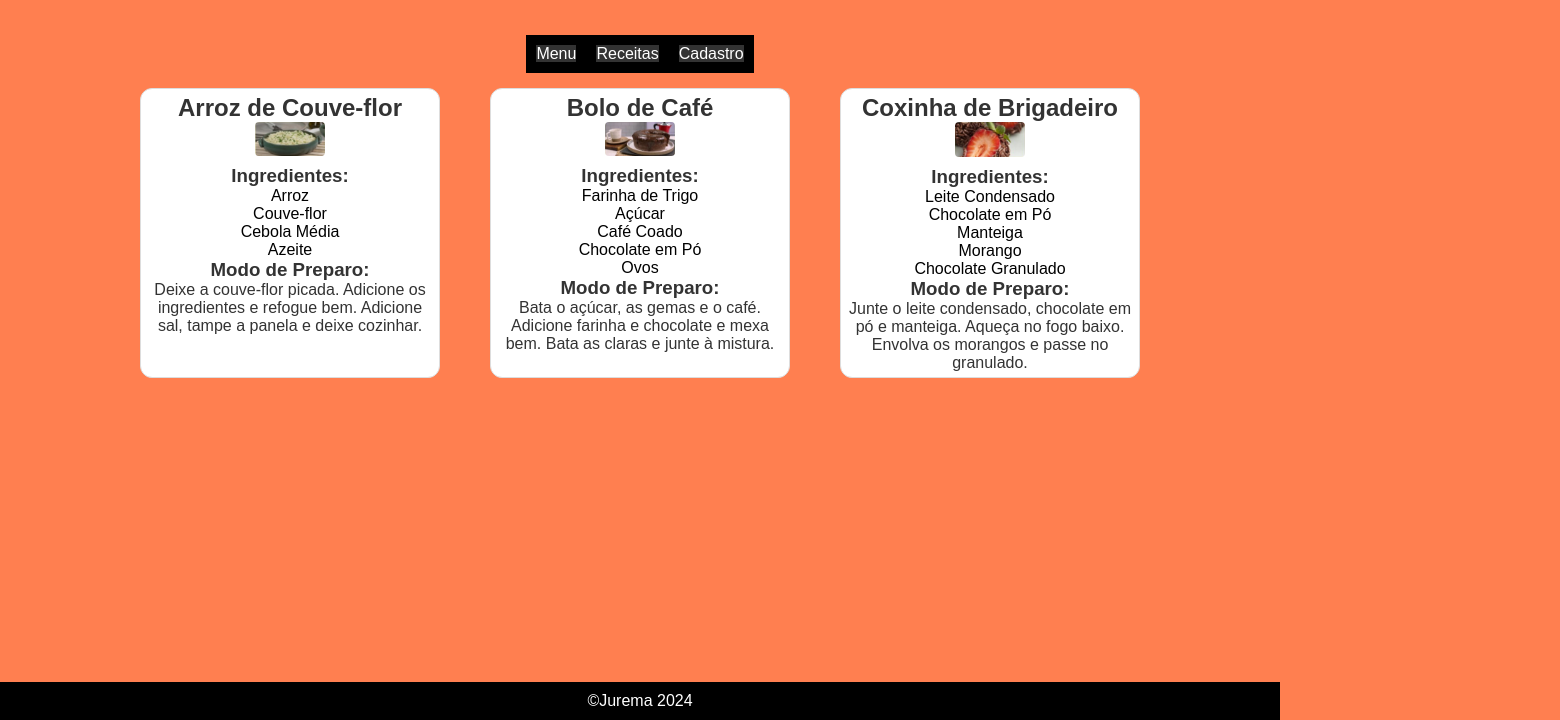
Repository: devropaes/RECEITAS
Page: OneDrive/Área de Trabalho/Estudos/Estácio/receitas/receitas.html
These files come from the project's save history. The page is drawn as it stood at one moment and after the next save; the edit follows.
The browser window is 1280 px wide. The page is 1280 px wide, then 1560 px, then 1280 px, so the pictures cover 1560 px, including what lies to the right of the window. The pictures show the whole page.

Above is the page before, as saved 2024-03-13 21:33:08.

### OneDrive/Área de Trabalho/Estudos/Estácio/receitas/receitas.html
<!DOCTYPE html>
<html lang="pt-br">
<head>
    <meta charset="UTF-8">
    <meta http-equiv="X-UA-Compatible" content="IE=edge">
    <meta name="viewport" content="width=device-width, initial-scale=1.0">
    <link rel="stylesheet" href="formatos.css">
    <link rel="stylesheet" href="receitas.css">
    <title>Receitas</title>
</head>
<body>
  <div class="page-container">
    <header>
        <nav>
            <div class="page-container"></div>
  <ul class="navlist">
      <li><a href="home.html">Menu</a></li>
      <li><a href="receitas.html">Receitas</a></li>
      <LI><a href="cadastro.html">Cadastro</a></LI>
 </ul>
        </nav>
    </header>

    <main>
        <section class="receitas-container">
            <!-- Receita 1 -->
            <div class="receita">
                <h2>Arroz de Couve-flor</h2>
                <img src="./assets/arroz.png" alt="Arroz de Couve-flor">
                <h3>Ingredientes:</h3>
                <ul>
                    <li>Arroz</li>
                    <li>Couve-flor</li>
                    <li>Cebola Média</li>
                    <li>Azeite</li>
                </ul>
                <h3>Modo de Preparo:</h3>
                <p>Deixe a couve-flor picada. Adicione os ingredientes e refogue bem. Adicione sal, tampe a panela e deixe cozinhar.</p>
            </div>

            <!-- Receita 2 -->
            <div class="receita">
                <h2>Bolo de Café</h2>
                <img src="./assets/bolo.png" alt="Bolo de Café">
                <h3>Ingredientes:</h3>
                <ul>
                    <li>Farinha de Trigo</li>
                    <li>Açúcar</li>
                    <li>Café Coado</li>
                    <li>Chocolate em Pó</li>
                    <li>Ovos</li>
                </ul>
                <h3>Modo de Preparo:</h3>
                <p>Bata o açúcar, as gemas e o café. Adicione farinha e chocolate e mexa bem. Bata as claras e junte à mistura.</p>
            </div>

            <!-- Receita 3 -->
            <div class="receita">
                <h2>Coxinha de Brigadeiro</h2>
                <img src="./assets/brigadeiro.png" alt="Coxinha de Brigadeiro">
                <h3>Ingredientes:</h3>
                <ul>
                    <li>Leite Condensado</li>
                    <li>Chocolate em Pó</li>
                    <li>Manteiga</li>
                    <li>Morango</li>
                    <li>Chocolate Granulado</li>
                </ul>
                <h3>Modo de Preparo:</h3>
                <p>Junte o leite condensado, chocolate em pó e manteiga. Aqueça no fogo baixo. Envolva os morangos e passe no granulado.</p>
            </div>
        </section>
    </main>


    <footer class="rodape">
      <p>&copy;Jurema 2024 </p>
 </footer>
</body>
</html>

### OneDrive/Área de Trabalho/Estudos/Estácio/receitas/formatos.css

img {
    width: 70px;
    background-color: #ff7f50;
}

img, h1 {
    display:inline-block
    background-color: #ff7f50;

}

img arroz-de-couve-flor,bolo-de-cafe,coxinha-de-brigadeiro {
    width: 300px;
}
navlist {
 display: flex;
 background-color: #ff7f50;
}
body {
    background-color:#ff7f50;
    font-family: Arial, Helvetica, sans-serif;
    font-size: 16px;
    text-decoration: none;


}
header {
    text-decoration: none;
}

.cabecalho{
    background-color: #ff7f50;
    font-family:"krona one",sans-serif ;
    font-weight: 600;
    color: #333;
    padding: 10px;
    text-decoration: none;
}

.cabecalho__menu {
    background-color: #ff7f50;
    font-family: "Krona One", sans-serif;
    font-weight: 600;
    display: flex;
    justify-content: left;
    color:#333;
    text-decoration: none;

}


.cabecalho__menu__link {
    background-color: #ff7f50;
    font-family: "Krona One", sans-serif;
    font-weight: 600;
    color: #333;
    text-decoration: none;
    padding: 5px 10px;
    margin: 0 10px;
    pad: 50px;

}
.cabecalho__cadastro__link {
    background-color: #ff7f50;
    font-family: "Krona One", sans-serif;
    font-weight: 600;
    color: #333;
    text-decoration: none;
    padding: 5px 10px;
    margin: 0 10px;
    pad: 50px;
}


.apresentacao {
    font-family: "Krona One", sans-serif;
    font-weight: 600;
    background-color: #ff7f50;
    text-align: center;
    padding: 50px;
}

.apresentacao__conteudo {
    img: 33 x 32px;
    font-family: "Krona One", sans-serif;
    font-weight: 600;
    max-width: 600px;
    margin: 0 auto;
    pad: 60px;
}

.apresentacao__conteudo {
    font-family: "Krona One", sans-serif;
    font-weight: 600;
    color: #333;
    pad:62px;

}
.apresentacao__conteudo__titulo {
    justify-items:right;
    width: 60%;

}


.apresentacao__receitas__link {
    align-items: center;
    display:flex;
    gap: 16px;
    width: 50%;
    text-align: center;

}


.rodape {
    background-color: #000;
    color: #fff;
    text-align: center;
    padding: 2px;
    position: fixed;
    border-bottom: #fff;
    left: 0; /* Alteração aqui para fixar o rodapé no lado esquerdo */
    bottom: 0%;
    width: 100%;
    margin: 0%;
    max-width: 100%;

}

### OneDrive/Área de Trabalho/Estudos/Estácio/receitas/receitas.css
:root {
    --cor-primaria: #ff7f50;
    --cor-secundaria: #333;
    --cor-terciaria: #000;
    --cor-hover: #fff;
    --font-primaria: "Arial, Helvetica", sans-serif;
    --font-secundaria: "Krona-One", sans-serif;
}

* {
    margin: 0;
    padding: 0;
    box-sizing: border-box;
}

.apresentacao__receitas__link {
    display:contents;
    width: 100px;
    padding: 10px;
    align-items: center;
    justify-content: center:

}

body {
    background-color: var(--cor-primaria);
    font-family: var(--font-secundaria);
    font-size: 1em;
    font-weight: 400;
    text-align:center;
    margin: 5px;

}

/* Arquivo receitas.css - Formatação Específica para a Área de Receitas */

.page-container {
    display: flex;
    flex-direction: column;
    align-items: center;
    text-align: center;
    margin: 10px; /* Adicione margem ao redor da página */
}

nav ul {
    list-style: none;
    display:flex;
    justify-content: space-around;
    margin: 15px 0; /* Adicione margem ao redor do menu */
}

nav a {
    text-decoration: none;
    color: var(--cor-secundaria);
}
.navlist {
    background-color: var(--cor-terciaria);
    color: var(--cor-hover);
    list-style: none;
    padding: 0;
    display: flex;
    justify-content: space-around;
    max-width: 100%;
  }

  .navlist li {
    margin: 10px;
    max-width: 100%;
  }

  .navlist a {
    text-decoration: none;
    color: var(--cor-hover);
    background-color: var(--cor-secundaria);
    border-color: var(--cor-secundaria);
  }

  .navlist a:hover {
    color: var(--cor-terciaria);
  }

.receitas-container {
    display: flex;
    flex-wrap: wrap;
    gap: 50px;
    justify-content:space-around;
}

.receita {
    background-color:var(--cor-hover);
    padding: 5px;
    border: 1px solid #ddd;
    border-radius: 12px;
    width: 300px;
}

.receita img {
    max-width: 100%;
    height: auto;
    border-radius: 4px;
    margin-bottom: 5px;
}

.receita h2 {
    color:var(--cor-secundaria);
}

.receita h3 {
    color:var(--cor-secundaria);
}

.receita ul {
    list-style: none;
    padding: 0;
}

.receita p {
    color:var(--cor-secundaria);
}



.rodape {
    background-color: var(--cor-terciaria);
    color: var(--cor-hover);
    text-align: center;
    padding: 10px;
    position: fixed;
    border-bottom: var(--cor-hover);
    left: 0;
    bottom: 0%;
    width: 100%;
    max-width: 100%;

}

After the next save:
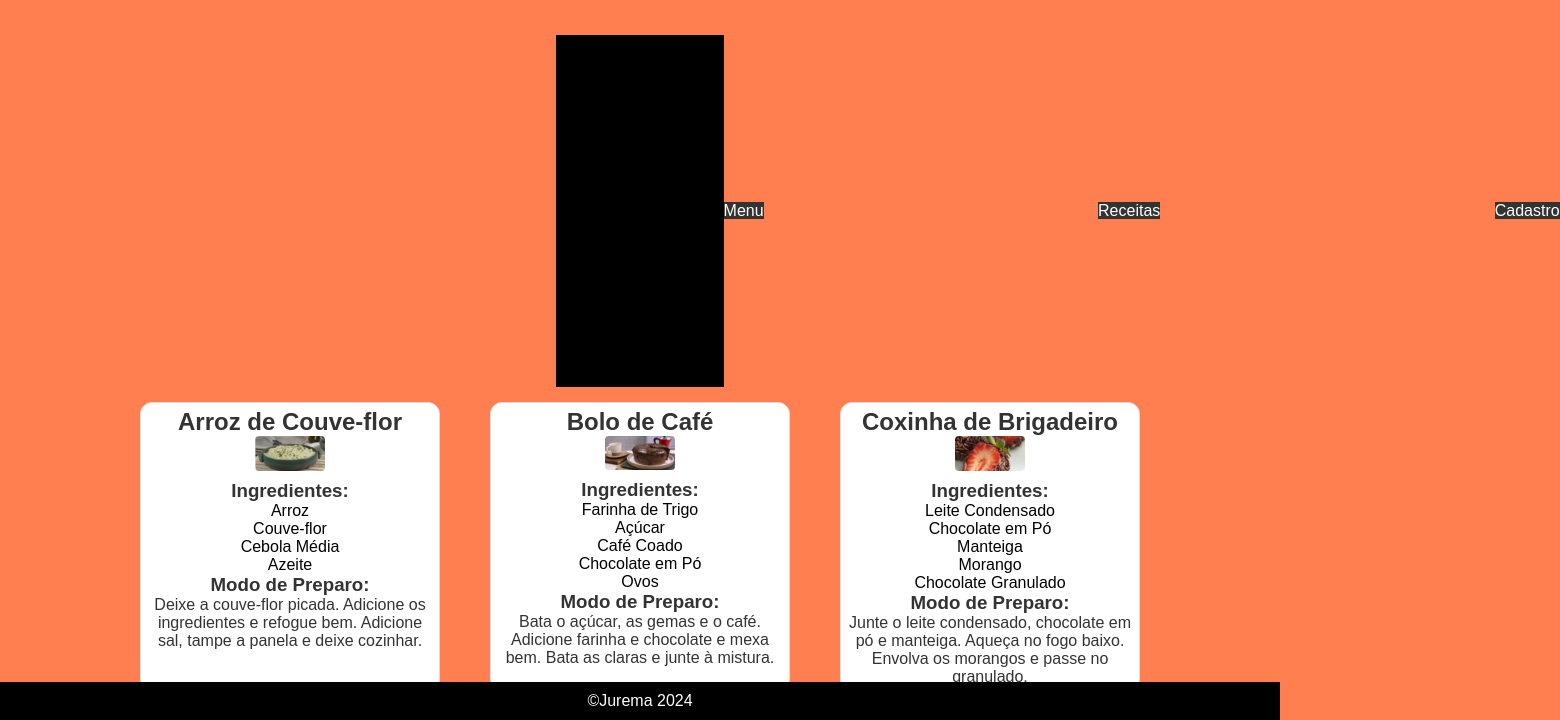
Saved 35 s later.
--- a/OneDrive/Área de Trabalho/Estudos/Estácio/receitas/receitas.css
+++ b/OneDrive/Área de Trabalho/Estudos/Estácio/receitas/receitas.css
@@ -65,6 +65,7 @@ nav a {
 
   .navlist li {
     margin: 10px;
+    margin: 100%;
     max-width: 100%;
   }
 

After the save that followed:
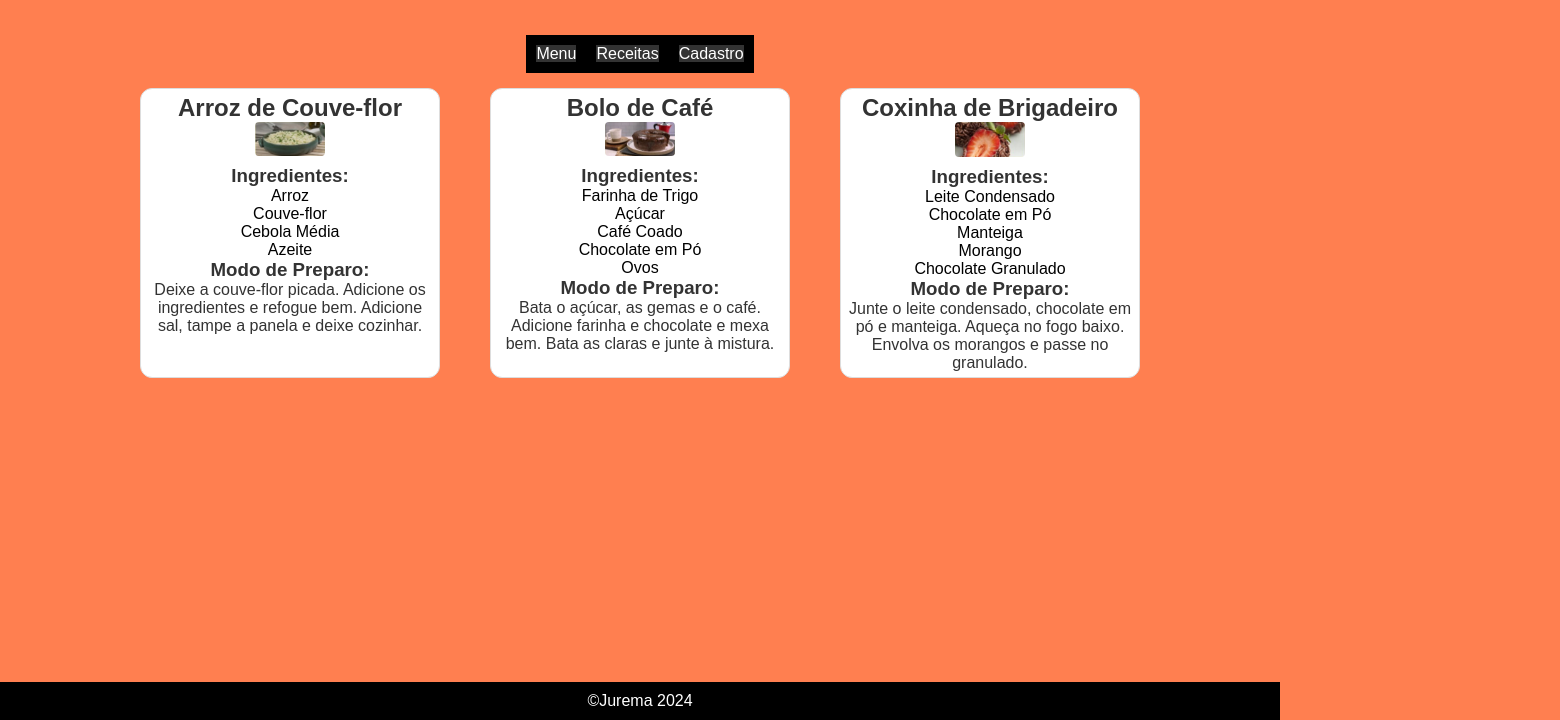
Saved 19 s later.
--- a/OneDrive/Área de Trabalho/Estudos/Estácio/receitas/receitas.css
+++ b/OneDrive/Área de Trabalho/Estudos/Estácio/receitas/receitas.css
@@ -65,8 +65,7 @@ nav a {
 
   .navlist li {
     margin: 10px;
-    margin: 100%;
-    max-width: 100%;
+        max-width: 100%;
   }
 
   .navlist a {
